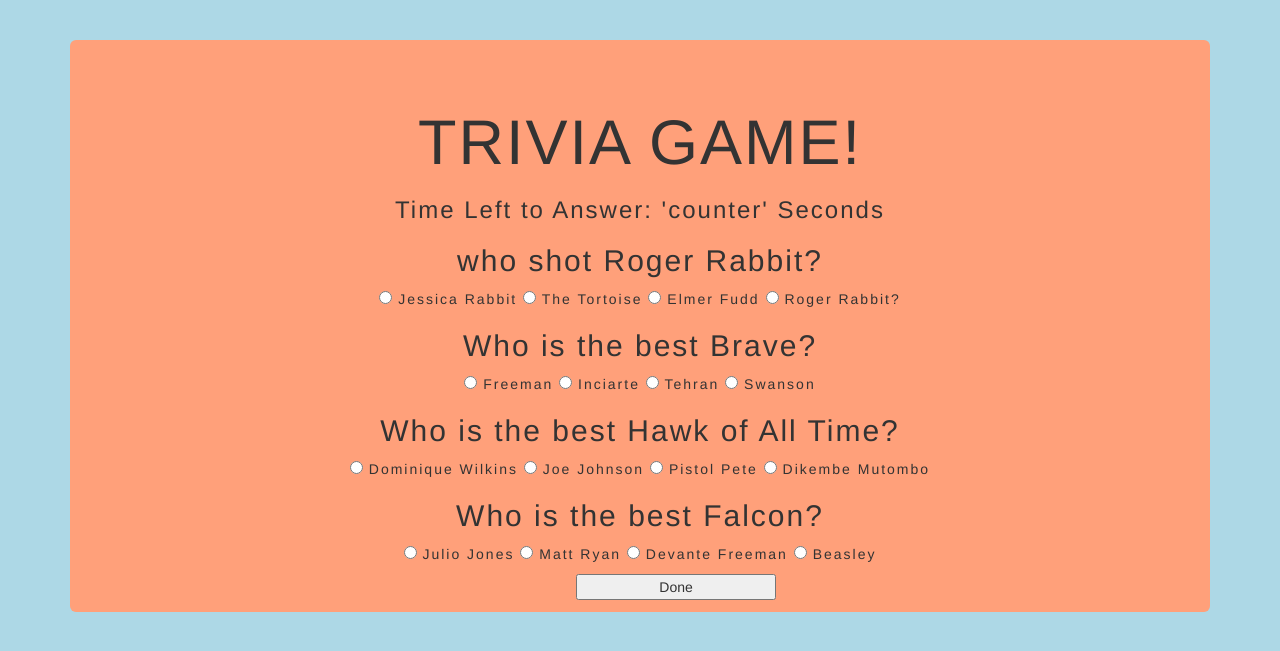
Repository: phiniezyc/TriviaGame
Page: index.html
These files come from the project's save history. The page is drawn as it stood at one moment and after a run of saves; the edit follows.
The browser window is 1280 px wide. The pictures show the whole page.
After loading, the first visible `#startGameButton` was clicked once.
Some web libraries are served in a nearby version.

Above is the page before, as saved 2017-09-14 01:50:40.
Console error: TypeError: "#timeLeft".html is not a function

After the next 3 saves:
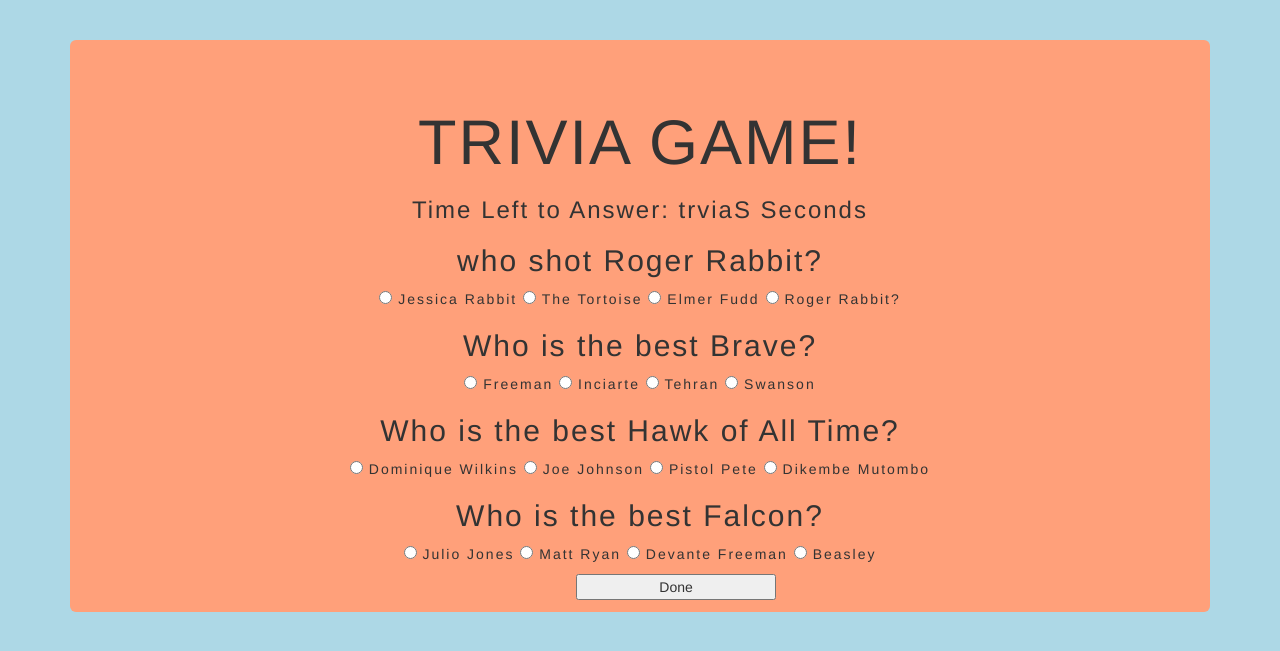
The 3 saves are shown as one change because they came seconds apart.
The last was saved 14 s later.
--- a/assets/javascript/app.js
+++ b/assets/javascript/app.js
@@ -44,7 +44,7 @@
     },
     startTimer: function() {
         timer = setInterval(trivaScoring.timeLeft, 1000);
-        $("#questionSection").prepend("<h3>Time Left to Answer: <span id = 'timeLeft'> 'counter' </span> Seconds </h3>");
+        $("#questionSection").prepend("<h3>Time Left to Answer: <span id = 'timeLeft'> trviaS </span> Seconds </h3>");
         $("#startGameButton").remove();
         for (var i = 0; i < questions.length; i++) {
             $("#questionSection").append("<h2>" + questions[i].question + "</h2>");
